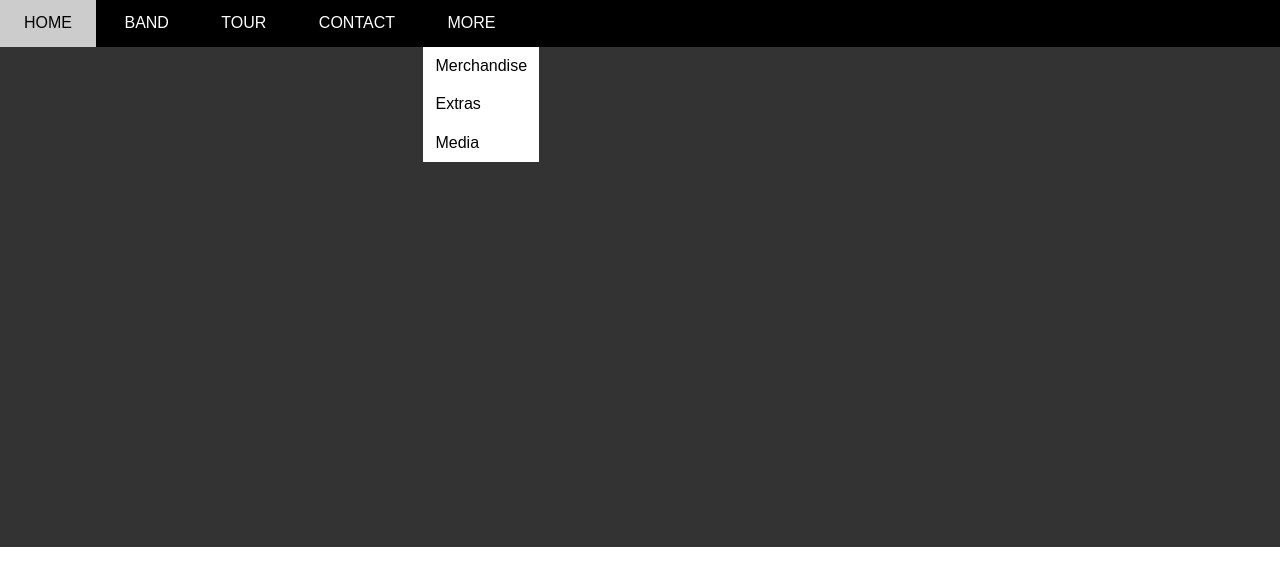
Repository: Thanhtrunghoang123/the-band
Page: index.html
An editor plug-in stored every save of this project. The page is shown before and after the next save, followed by the edit.
The browser window is 1280 px wide. The pictures show the whole page.

Above is the page before, as saved 2022-07-18 09:35:11.

### index.html
<!DOCTYPE html>
<html lang="en">
<head>
    <meta charset="UTF-8">
    <meta http-equiv="X-UA-Compatible" content="IE=edge">
    <meta name="viewport" content="width=device-width, initial-scale=1.0">
    <title>Document</title>
    <link rel="stylesheet" href="/assest/css/style.css">
</head>
<body>
    <div id="main">
        <div id="header">
            <ul id="nav">
                <li><a href="">Home</a></li>
                <li><a href="">Band</a></li>
                <li><a href="">Tour</a></li>
                <li><a href="">Contact</a></li>
                <li>
                    <a href="">More</a>
                    <ul class="subnav">
                        <li><a href="">Merchandise</a></li>
                        <li><a href="">Extras</a></li>
                        <li><a href="">Media</a></li>
                    </ul>
                </li>
            </ul>
        </div>

        <div id="slider">

        </div>

        <div id="content">

        </div>

        <div id="footer">

        </div>
    </div>
</body>
</html>

### assest/css/style.css
*{
    margin: 0;
    padding: 0;
    box-sizing: border-box;
}

html{
    font-family: Arial, Helvetica, sans-serif;
}
#main{

}

#header{
    height: 46.5px;
    background-color: #000;
}
#nav , .subnav{
    list-style: none;
}
#nav > li{
    display: inline-block;
}

#nav li{
    position: relative;
}

#nav > li > a {
    color: #fff;
    text-transform: uppercase;
}
#nav li a{
    text-decoration: none;
    line-height: 46.5px;
    padding: 0px 24px;
    display: block;
}

#nav > li:hover > a,
#nav .subnav li:hover a{
    color: #000;
    background-color: #ccc;
}

#nav .subnav{
    /* display: none; */
    position: absolute;
    background-color: #fff;
}
#nav .subnav a{
    color: #000;
    padding:  0px 12px;
    line-height: 38.5px;

}
#slider{
    min-height: 500px;
    background-color: #333;
}

#content{

}

#footer{

}

After the next save:
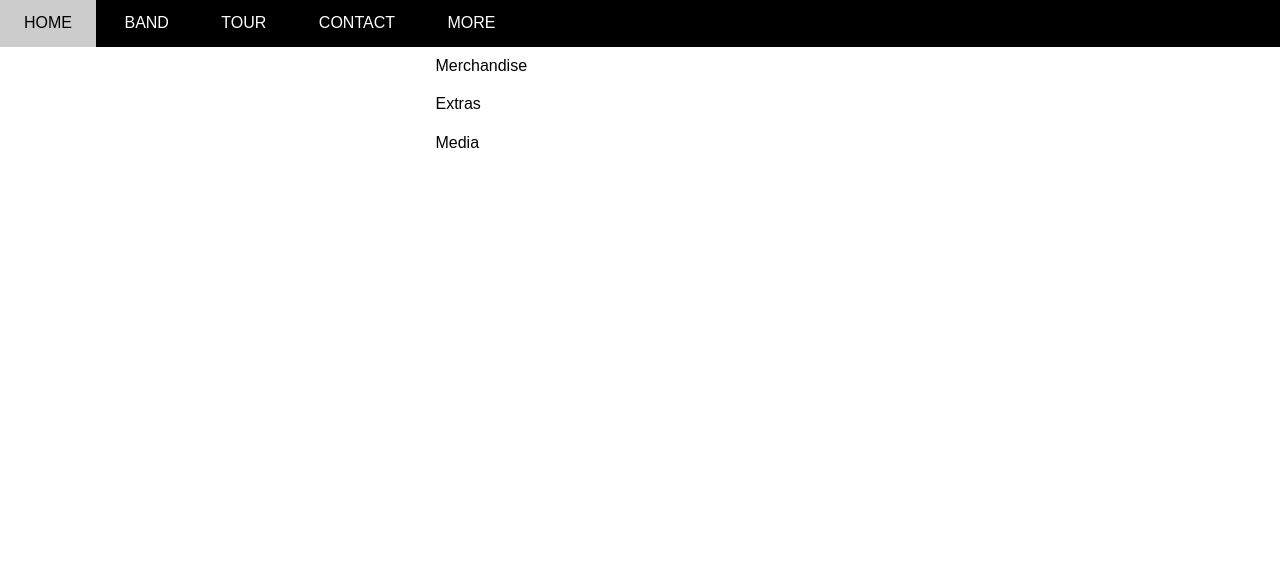
Saved 43 s later.
--- a/assest/css/style.css
+++ b/assest/css/style.css
@@ -55,8 +55,7 @@
 
 }
 #slider{
-    min-height: 500px;
-    background-color: #333;
+
 }
 
 #content{
